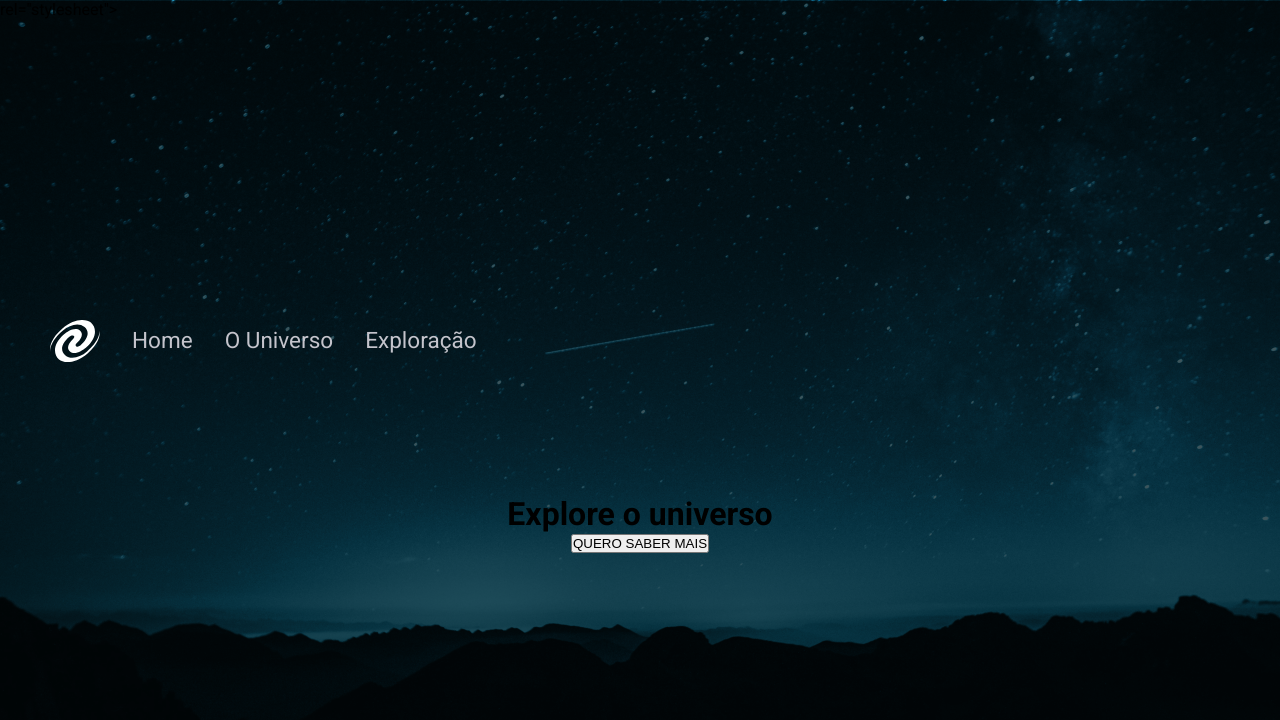
Repository: eltonneiferson/spaUniverse
Page: index.html
These files come from the project's save history. The page is drawn as it stood at one moment and after the next save; the edit follows.
The browser window is 1280 px wide. The pictures show the whole page.

Above is the page before, as saved 2022-10-26 22:23:10.

### index.html
<!DOCTYPE html>
<html lang="pt-br">

<head>
    <meta charset="UTF-8" />
    <meta http-equiv="X-UA-Compatible" content="IE=edge" />
    <meta name="viewport" content="width=device-width, initial-scale=1.0" />
    <meta name="author" content="Elton Neiferson" />
    <title>Universe</title>

    <link rel="stylesheet" href="stylle.css">
    <link rel="preconnect" href="https://fonts.googleapis.com">
    <link rel="preconnect" href="https://fonts.gstatic.com" crossorigin>
    <link href="https://fonts.googleapis.com/css2?family=Roboto:wght@400;700&display=swap" rel="stylesheet">rel="stylesheet">
</head>

<body>
    <nav>
        <svg width="50" height="42" viewBox="0 0 50 42" fill="none" xmlns="http://www.w3.org/2000/svg">
            <path d="M31.5423 0.00979035C26.1727 0.174742 19.3604 2.47181 12.1375 8.73785C-2.6197 21.4919 0.219149 31.6427 0.219149 31.6427C0.219149 31.6427 -1.31407 22.7633 12.6765 10.655C19.9593 4.35869 28.9789 2.29019 34.5368 6.97206C39.5198 11.1696 38.7771 18.2731 30.3445 25.5381C27.0864 28.1212 23.6007 25.8307 27.0504 22.7633C27.4347 22.4396 27.7717 22.1194 28.0686 21.8047C31.2762 18.6232 33.7461 13.7222 29.9252 10.5036C25.3256 6.46755 17.5038 11.1696 14.054 14.237C3.12987 23.7622 2.8903 33.9231 9.02317 39.4122C13.2395 42.964 24.7506 44.3867 37.5913 33.4085C52.3485 20.6544 49.5097 10.5036 49.5097 10.5036C49.5097 10.5036 51.0429 19.3831 37.0523 31.4914C29.7695 37.7877 20.7499 39.9066 15.192 35.2248C10.209 31.0272 10.9517 23.9237 19.3844 16.6587C22.8341 13.9142 26.3078 16.1643 22.858 19.2317C22.4738 19.5554 22.1368 19.8756 21.8399 20.1903C18.6323 23.3718 16.1624 28.2728 19.9833 31.4914C24.5829 35.5275 32.2131 30.664 35.8545 27.758C46.9703 18.2328 47.0182 8.0719 40.8853 2.5828C39.0407 1.02891 35.7186 -0.118506 31.5423 0.00979035Z" fill="white" />
        </svg>
        <a href="/">Home</a>
        <a href="/universe.html">O Universo</a>
        <a href="/exploration.html">Exploração</a>
    </nav>
    <main>
        <h1>Explore o universo</h1>
        <button>QUERO SABER MAIS</button>
    </main>
</body>

</html>

### stylle.css
* {
    margin: 0;
    padding: 0;
    box-sizing: border-box;
    text-decoration: none;
}

:root {
    --default-font-color: white;
    --font-color-link: #C4C4CC;
    --default-font: 'Roboto', sans-serif;
}

body {
    min-height: 100vh;
    background-image: url(bkg1.png);
    background-position: bottom;
    background-size: cover;
    color: var(--font-color);
    font-family: var(--default-font);


    display: grid;
}

nav {
    padding: 50px;
    display: flex;
    gap: 2rem;
    align-items: center;
}

nav a {
    color: var(--font-color-link);
    line-height: 1.37rem;
    font-size: 1.41rem;
}

nav a:hover {
    color: var(--default-font-color);
    font-weight: bold;
}

main {
    place-items: center;
    gap: 24px;
}

After the next save:
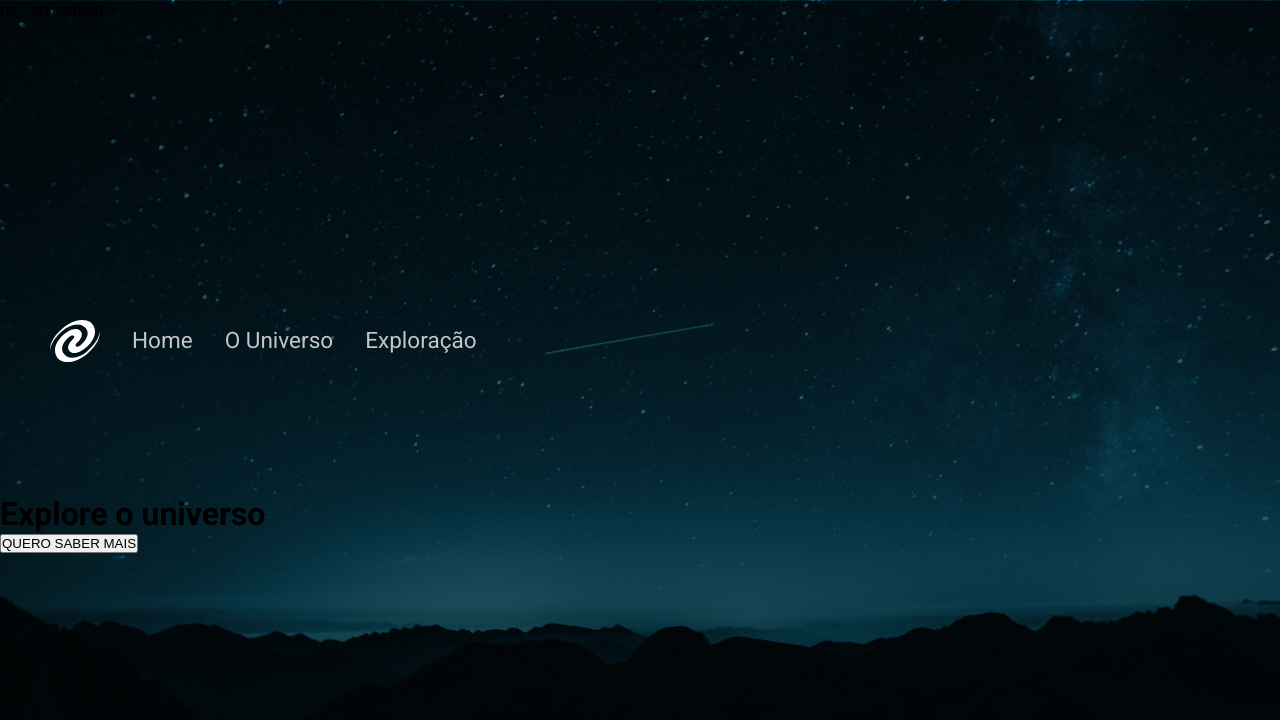
Saved 5 s later.
--- a/stylle.css
+++ b/stylle.css
@@ -42,6 +42,6 @@ nav a:hover {
 }
 
 main {
-    place-items: center;
+    /* place-items: center; */
     gap: 24px;
 }
